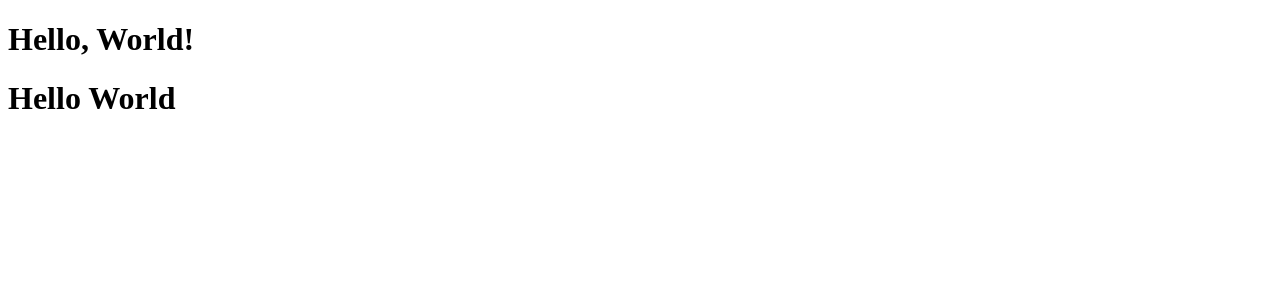
Repository: walidrashadx/Javascript_ES6
Page: index.html
These files come from the project's save history. The page is drawn as it stood at one moment and after a run of saves; the edit follows.
The browser window is 1280 px wide. The pictures show the whole page.

Above is the page before, as saved 2025-09-13 16:50:29.
Console error: TypeError: Document.querySelector is not a function

After the next 2 saves:
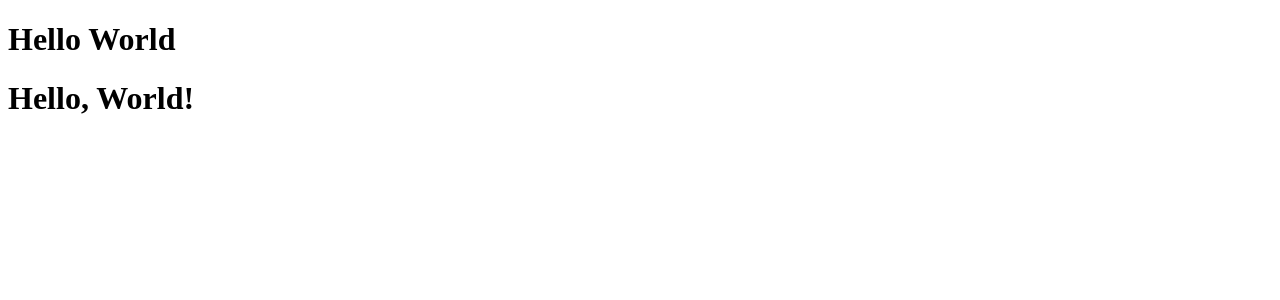
The 2 saves are shown as one change because they came seconds apart.
The last was saved 6 min 12 s later.
--- a/index.html
+++ b/index.html
@@ -4,9 +4,10 @@
     <meta charset="UTF-8" />
     <meta name="viewport" content="width=device-width, initial-scale=1.0" />
     <title>Document</title>
-    <script src="main.js"></script>
+
   </head>
   <body>
     <h1>Hello World</h1>
+     <script src="main.js"></script>
   </body>
   </html>
